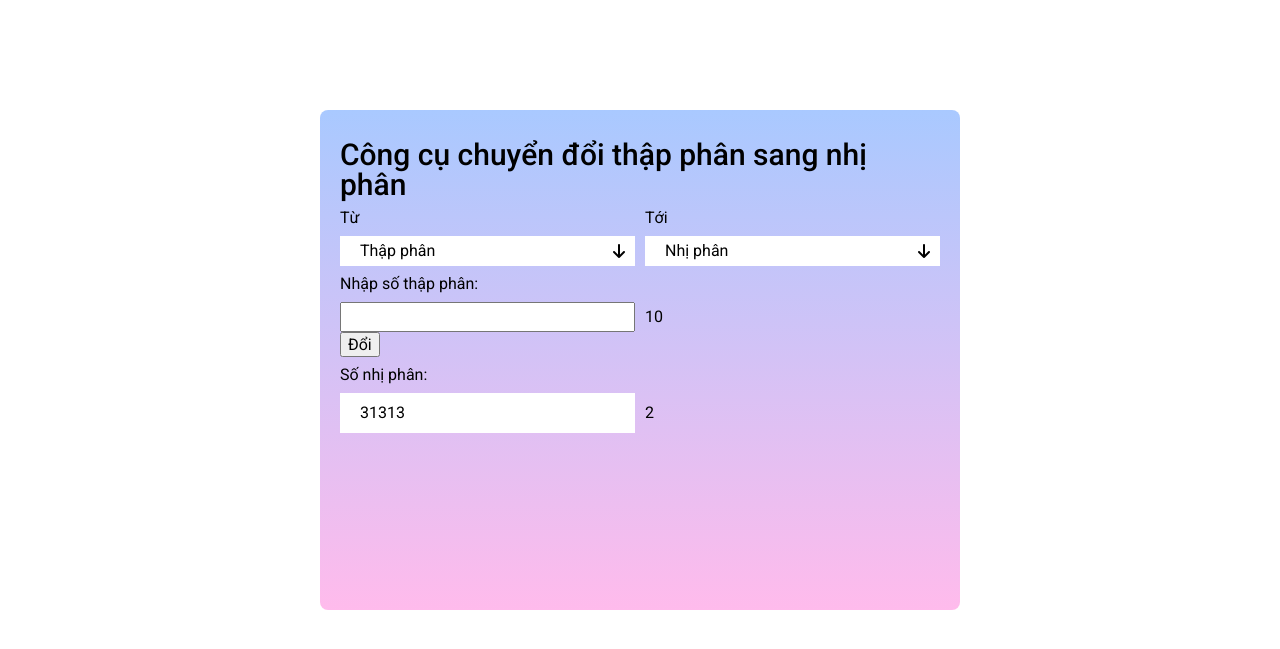
Repository: thuanpham00/covertNumber
Page: index.html
The author's editor kept a copy of each file at every save. The page is drawn from the files as they stood at one save, then again after a run of saves.
The browser window is 1280 px wide. The pictures show the whole page.
Some web libraries are served in a nearby version. The style sheet was rebuilt from its Sass, Less or Tailwind sources for each picture, by a compiler version that may differ from the author's.

Above is the page before, as saved 2023-11-03 02:22:05.

After the next 8 saves:
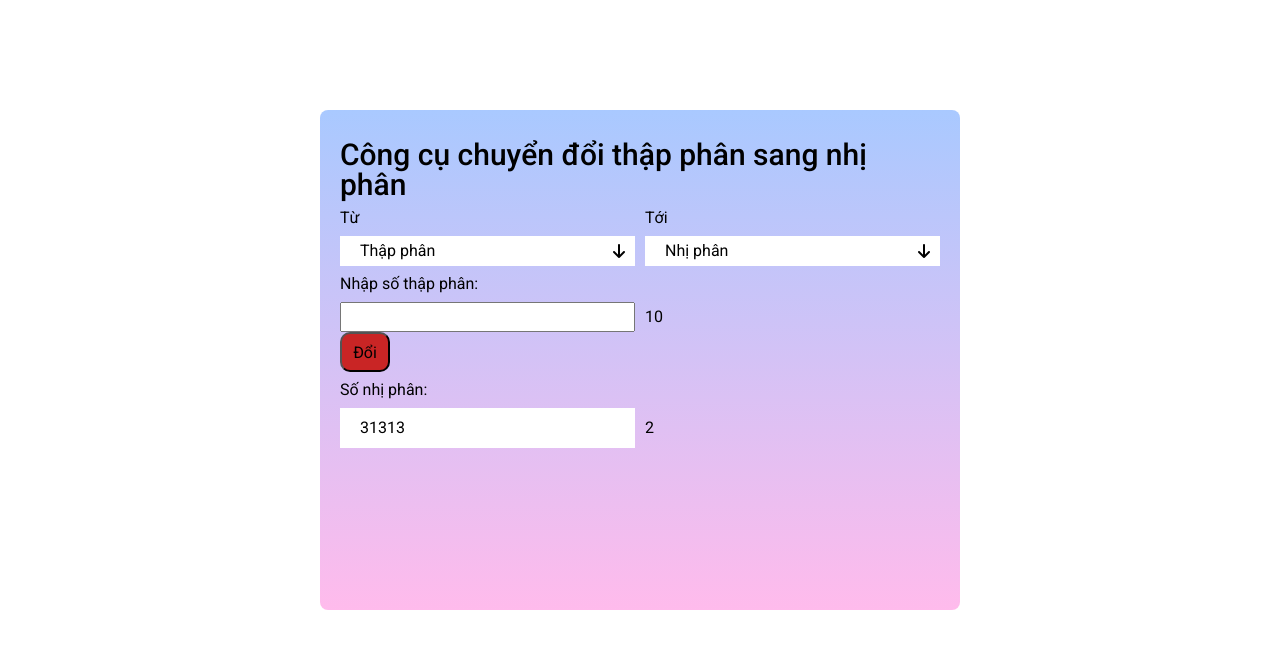
The 8 saves are shown as one change because 2 did not build or start and some came seconds apart.
The last was saved 28 s later.
--- a/scss/main.scss
+++ b/scss/main.scss
@@ -210,6 +210,9 @@ button {
     }
 
     .form__submit {
-
-    }
-}
+        width: 50px;
+        height: 40px;
+        border-radius: 10px;
+        background: #c92525;
+    }
+}
